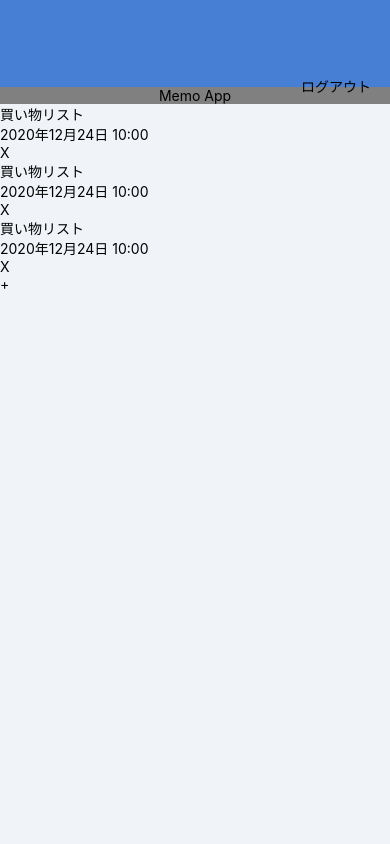
Repository: hirano-step/MemoApp
Screen: /
An editor plug-in stored every save of this project. The screen is shown before and after the next save, followed by the edit.
The app was drawn by React Native's web renderer in a window 390 px wide. The project was rebuilt for these pictures with package versions that can differ from the ones it lists, and the page was loaded fresh each time.

Above is the screen before, as saved 2023-01-12 11:08:09.

### App.jsx
import { StyleSheet, Text, View } from 'react-native';

export default function App() {
  return (
    <View style={styles.container}>
      <View style={styles.appbar}>
        <View style={styles.appbarInner}>
          <Text>Memo App</Text>
          <Text style={styles.appbarRight}>ログアウト</Text>
        </View>
      </View>

      <View>
        <View>
          <View>
            <Text>買い物リスト</Text>
            <Text>2020年12月24日 10:00</Text>
          </View>
          <View>
            <Text>X</Text>
          </View>
        </View>

        <View>
          <View>
            <Text>買い物リスト</Text>
            <Text>2020年12月24日 10:00</Text>
          </View>
          <View>
            <Text>X</Text>
          </View>
        </View>

        <View>
          <View>
            <Text>買い物リスト</Text>
            <Text>2020年12月24日 10:00</Text>
          </View>
          <View>
            <Text>X</Text>
          </View>
        </View>
      </View>

      <View>
        <Text>+</Text>
      </View>

    </View>
  );
}

const styles = StyleSheet.create({
  container: {
    flex: 1,
    backgroundColor: '#F0F4F8',
  },
  appbar: {
    width: '100%',
    height: 104,
    backgroundColor: '#467FD3',
    justifyContent: 'flex-end',
  },
  appbarInner: {
    backgroundColor: 'gray',
    alignItems: 'center',
  },
  appbarRight: {
    position: 'absolute',
    right: 19,
    bottom: 8,
  },
});

After the next save:
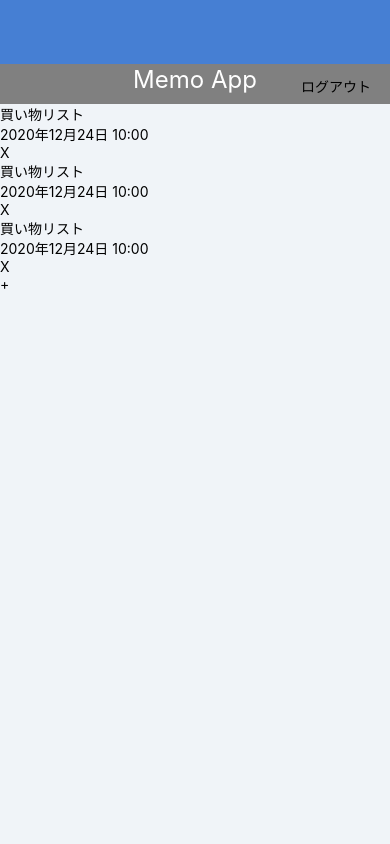
Saved 77 s later.
--- a/App.jsx
+++ b/App.jsx
@@ -5,7 +5,7 @@ export default function App() {
     <View style={styles.container}>
       <View style={styles.appbar}>
         <View style={styles.appbarInner}>
-          <Text>Memo App</Text>
+          <Text style={styles.appbarTitle}>Memo App</Text>
           <Text style={styles.appbarRight}>ログアウト</Text>
         </View>
       </View>
@@ -70,4 +70,10 @@ const styles = StyleSheet.create({
     right: 19,
     bottom: 8,
   },
+  appbarTitle: {
+    marginBottom: 8,
+    fontSize: 24,
+    lineHeight: 32,
+    color: '#FFFFFF',
+  },
 });
